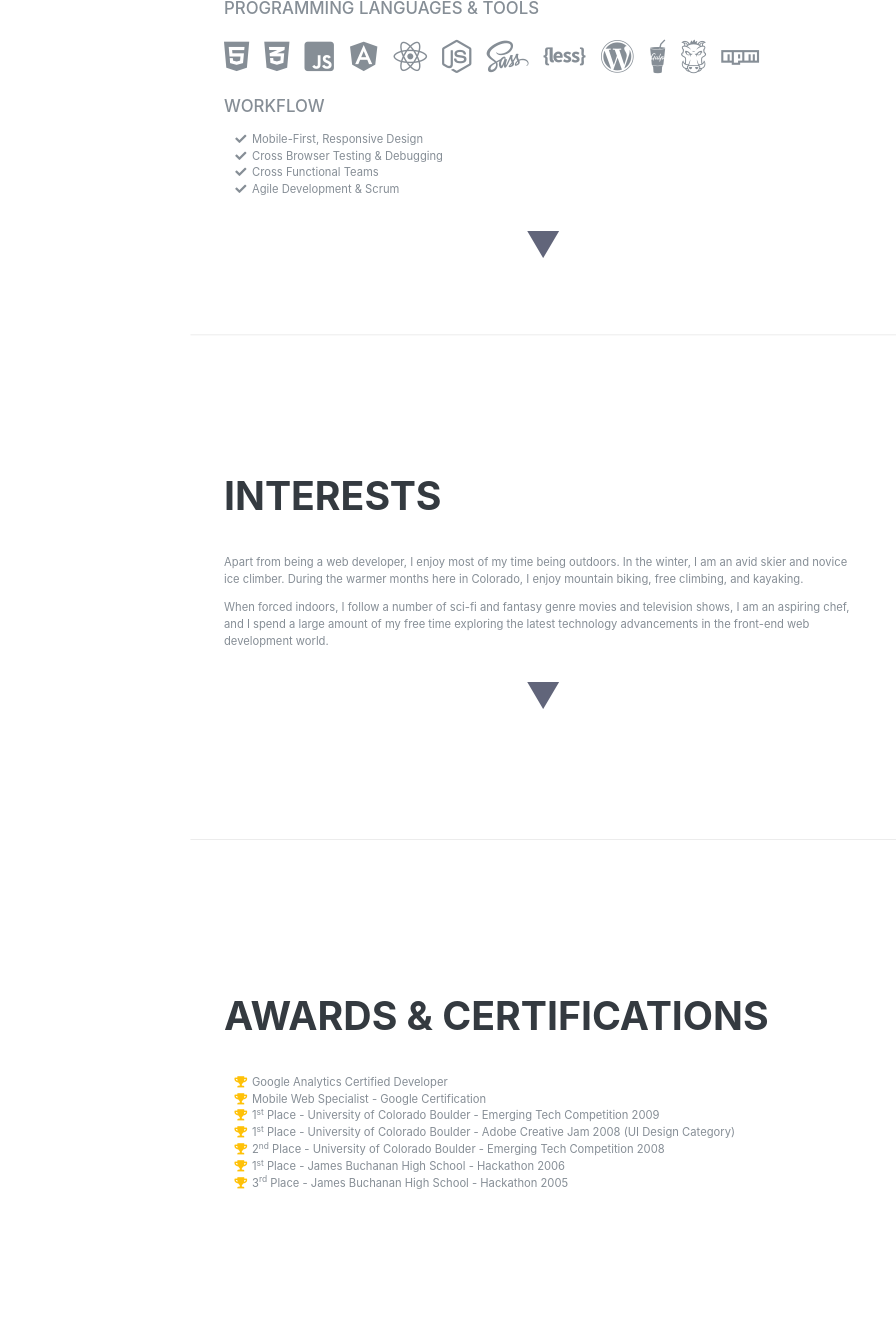
Repository: whitethugcat/whitethugcat.github.io
Page: class/resume-practice/index.html
The author's editor kept a record of every edit. The page is drawn from the files as they stood at one moment, then again after the next edit.
The browser window is 1280 px wide. The pictures show the part of the page from y = 2850 to 4770 px (the page is 4770 px tall), at 70% of full size.
Some web fonts or font styles are not loaded; a fallback is used.

Above is the page before.

### class/resume-practice/index.html
<!DOCTYPE html>
<html lang="en">

<head>

  <meta charset="utf-8">
  <meta name="viewport" content="width=device-width, initial-scale=1, shrink-to-fit=no">
  <meta name="description" content="">
  <meta name="author" content="">

  <title>Yoojin J&#129346;</title>

  <!-- Bootstrap core CSS -->
  <link href="vendor/bootstrap/css/bootstrap.min.css" rel="stylesheet">

  <!-- Custom fonts for this template -->
  <link href="https://fonts.googleapis.com/css?family=Saira+Extra+Condensed:500,700" rel="stylesheet">
  <link href="vendor/fontawesome-free/css/all.min.css" rel="stylesheet">

  <!-- Custom styles for this template -->
  <link href="css/resume.css" rel="stylesheet">

</head>

<body id="page-top">

  <nav class="navbar navbar-expand-lg navbar-dark bg-primary fixed-top" id="sideNav">
    <a class="navbar-brand js-scroll-trigger" href="#page-top">
      <span class="d-block d-lg-none">Yoojin Jeong &#129346;</span>
      <span class="d-none d-lg-block">
        <img class="img-fluid img-profile rounded-circle mx-auto mb-2" src="img/yj-profile.png" alt="">
      </span>
    </a>
    <button class="navbar-toggler" type="button" data-toggle="collapse" data-target="#navbarSupportedContent" aria-controls="navbarSupportedContent" aria-expanded="false" aria-label="Toggle navigation">
      <span class="navbar-toggler-icon"></span>
    </button>
    <div class="collapse navbar-collapse" id="navbarSupportedContent">
      <ul class="navbar-nav">
        <li class="nav-item">
          <a class="nav-link js-scroll-trigger" href="#about">About</a>
        </li>
        <li class="nav-item">
          <a class="nav-link js-scroll-trigger" href="#experience">Experience</a>
        </li>
        <li class="nav-item">
          <a class="nav-link js-scroll-trigger" href="#education">Education</a>
        </li>
        <li class="nav-item">
          <a class="nav-link js-scroll-trigger" href="#skills">Skills</a>
        </li>
        <li class="nav-item">
          <a class="nav-link js-scroll-trigger" href="#interests">Interests</a>
        </li>
        <li class="nav-item">
          <a class="nav-link js-scroll-trigger" href="#awards">Awards</a>
        </li>
      </ul>
    </div>
  </nav>

  <div class="container-fluid p-0">

    <section class="resume-section p-3 p-lg-5 d-flex align-items-center" id="about">
      <div class="w-100">
        <h1 class="mb-0">Yoojin
          <span class="text-primary">Jeong</span>
        </h1>
        <div class="subheading mb-5">Seoul, South Korea · (+82) 010-8472-7769 ·
          <a href="mailto:name@email.com">yjjeong92@gmail.com</a>
        </div>
        <p class="lead mb-5">I am experienced and agile in cooperating in teams of various sizes and forms. I have built experiences in digital advertising, B2B/B2C communication, digital marketing, and more.</p>
        <div class="social-icons">
          <a href="https://www.linkedin.com/in/yoojin-jeong-47a917101/" target="_blank">
            <i class="fab fa-linkedin-in"></i>
          </a>
          <a href="#" target="_blank">
            <i class="fab fa-github"></i>
          </a>
          <a href="https://www.twitter.com/whitethugcat" target="_blank">
            <i class="fab fa-twitter"></i>
          </a>
          <a href="#">
            <i class="fab fa-facebook-f target="_blank""></i>
          </a>
        </div>
        <div class=downward-arrow>
          <a href="#experience">
          &#9660;</a>
        </div>
      </div>
    </section>

    <hr class="m-0">

    <section class="resume-section p-3 p-lg-5 d-flex justify-content-center" id="experience">
      <div class="w-100">
        <h2 class="mb-5">Experience</h2>

        <div class="resume-item d-flex flex-column flex-md-row justify-content-between mb-5">
          <div class="resume-content">
            <h3 class="mb-0">Senior Web Developer</h3>
            <div class="subheading mb-3">Intelitec Solutions</div>
            <p>Bring to the table win-win survival strategies to ensure proactive domination. At the end of the day, going forward, a new normal that has evolved from generation X is on the runway heading towards a streamlined cloud solution. User generated content in real-time will have multiple touchpoints for offshoring.</p>
          </div>
          <div class="resume-date text-md-right">
            <span class="text-primary">March 2013 - Present</span>
          </div>
        </div>

        <div class="resume-item d-flex flex-column flex-md-row justify-content-between mb-5">
          <div class="resume-content" id>
            <h3 class="mb-0">Web Developer</h3>
            <div class="subheading mb-3">Intelitec Solutions</div>
            <p>Capitalize on low hanging fruit to identify a ballpark value added activity to beta test. Override the digital divide with additional clickthroughs from DevOps. Nanotechnology immersion along the information highway will close the loop on focusing solely on the bottom line.</p>
          </div>
          <div class="resume-date text-md-right">
            <span class="text-primary">December 2011 - March 2013</span>
          </div>
        </div>

        <div class="resume-item d-flex flex-column flex-md-row justify-content-between mb-5">
          <div class="resume-content">
            <h3 class="mb-0">Junior Web Designer</h3>
            <div class="subheading mb-3">Shout! Media Productions</div>
            <p>Podcasting operational change management inside of workflows to establish a framework. Taking seamless key performance indicators offline to maximise the long tail. Keeping your eye on the ball while performing a deep dive on the start-up mentality to derive convergence on cross-platform integration.</p>
          </div>
          <div class="resume-date text-md-right">
            <span class="text-primary">July 2010 - December 2011</span>
          </div>
        </div>

        <div class="resume-item d-flex flex-column flex-md-row justify-content-between">
          <div class="resume-content">
            <h3 class="mb-0">Web Design Intern</h3>
            <div class="subheading mb-3">Shout! Media Productions</div>
            <p>Collaboratively administrate empowered markets via plug-and-play networks. Dynamically procrastinate B2C users after installed base benefits. Dramatically visualize customer directed convergence without revolutionary ROI.</p>
          </div>
          <div class="resume-date text-md-right">
            <span class="text-primary">September 2008 - June 2010</span>
          </div>
          <div class=downward-arrow>
          <a href="#education">
          &#9660;</a>
        </div>
        </div>

      </div>

    </section>

    <hr class="m-0">

    <section class="resume-section p-3 p-lg-5 d-flex align-items-center" id="education">
      <div class="w-100">
        <h2 class="mb-5">Education</h2>

        <div class="resume-item d-flex flex-column flex-md-row justify-content-between mb-5">
          <div class="resume-content">
            <h3 class="mb-0">University of Colorado Boulder</h3>
            <div class="subheading mb-3">Bachelor of Science</div>
            <div>Computer Science - Web Development Track</div>
            <p>GPA: 3.23</p>
          </div>
          <div class="resume-date text-md-right">
            <span class="text-primary">August 2006 - May 2010</span>
          </div>
        </div>

        <div class="resume-item d-flex flex-column flex-md-row justify-content-between">
          <div class="resume-content">
            <h3 class="mb-0">James Buchanan High School</h3>
            <div class="subheading mb-3">Technology Magnet Program</div>
            <p>GPA: 3.56</p>
          </div>
          <div class="resume-date text-md-right">
            <span class="text-primary">August 2002 - May 2006</span>
          </div>
        </div>
          <div class=downward-arrow>
          <a href="#skills">
          &#9660;</a>
        </div>
      </div>
    </section>

    <hr class="m-0">

    <section class="resume-section p-3 p-lg-5 d-flex align-items-center" id="skills">
      <div class="w-100">
        <h2 class="mb-5">Skills</h2>

        <div class="subheading mb-3">Programming Languages &amp; Tools</div>
        <ul class="list-inline dev-icons">
          <li class="list-inline-item">
            <i class="fab fa-html5"></i>
          </li>
          <li class="list-inline-item">
            <i class="fab fa-css3-alt"></i>
          </li>
          <li class="list-inline-item">
            <i class="fab fa-js-square"></i>
          </li>
          <li class="list-inline-item">
            <i class="fab fa-angular"></i>
          </li>
          <li class="list-inline-item">
            <i class="fab fa-react"></i>
          </li>
          <li class="list-inline-item">
            <i class="fab fa-node-js"></i>
          </li>
          <li class="list-inline-item">
            <i class="fab fa-sass"></i>
          </li>
          <li class="list-inline-item">
            <i class="fab fa-less"></i>
          </li>
          <li class="list-inline-item">
            <i class="fab fa-wordpress"></i>
          </li>
          <li class="list-inline-item">
            <i class="fab fa-gulp"></i>
          </li>
          <li class="list-inline-item">
            <i class="fab fa-grunt"></i>
          </li>
          <li class="list-inline-item">
            <i class="fab fa-npm"></i>
          </li>
        </ul>

        <div class="subheading mb-3">Workflow</div>
        <ul class="fa-ul mb-0">
          <li>
            <i class="fa-li fa fa-check"></i>
            Mobile-First, Responsive Design</li>
          <li>
            <i class="fa-li fa fa-check"></i>
            Cross Browser Testing &amp; Debugging</li>
          <li>
            <i class="fa-li fa fa-check"></i>
            Cross Functional Teams</li>
          <li>
            <i class="fa-li fa fa-check"></i>
            Agile Development &amp; Scrum</li>
        </ul>
          <div class=downward-arrow>
          <a href="#interests">
          &#9660;</a>
        </div>
      </div>
    </section>

    <hr class="m-0">

    <section class="resume-section p-3 p-lg-5 d-flex align-items-center" id="interests">
      <div class="w-100">
        <h2 class="mb-5">Interests</h2>
        <p>Apart from being a web developer, I enjoy most of my time being outdoors. In the winter, I am an avid skier and novice ice climber. During the warmer months here in Colorado, I enjoy mountain biking, free climbing, and kayaking.</p>
        <p class="mb-0">When forced indoors, I follow a number of sci-fi and fantasy genre movies and television shows, I am an aspiring chef, and I spend a large amount of my free time exploring the latest technology advancements in the front-end web development world.</p>
          <div class=downward-arrow>
          <a href="#awards">
          &#9660;</a>
        </div>
      </div>
    </section>

    <hr class="m-0">

    <section class="resume-section p-3 p-lg-5 d-flex align-items-center" id="awards">
      <div class="w-100">
        <h2 class="mb-5">Awards &amp; Certifications</h2>
        <ul class="fa-ul mb-0">
          <li>
            <i class="fa-li fa fa-trophy text-warning"></i>
            Google Analytics Certified Developer</li>
          <li>
            <i class="fa-li fa fa-trophy text-warning"></i>
            Mobile Web Specialist - Google Certification</li>
          <li>
            <i class="fa-li fa fa-trophy text-warning"></i>
            1<sup>st</sup>
            Place - University of Colorado Boulder - Emerging Tech Competition 2009</li>
          <li>
            <i class="fa-li fa fa-trophy text-warning"></i>
            1<sup>st</sup>
            Place - University of Colorado Boulder - Adobe Creative Jam 2008 (UI Design Category)</li>
          <li>
            <i class="fa-li fa fa-trophy text-warning"></i>
            2<sup>nd</sup>
            Place - University of Colorado Boulder - Emerging Tech Competition 2008</li>
          <li>
            <i class="fa-li fa fa-trophy text-warning"></i>
            1<sup>st</sup>
            Place - James Buchanan High School - Hackathon 2006</li>
          <li>
            <i class="fa-li fa fa-trophy text-warning"></i>
            3<sup>rd</sup>
            Place - James Buchanan High School - Hackathon 2005</li>
        </ul>
      </div>
    </section>

  </div>

  <!-- Bootstrap core JavaScript -->
  <script src="vendor/jquery/jquery.min.js"></script>
  <script src="vendor/bootstrap/js/bootstrap.bundle.min.js"></script>

  <!-- Plugin JavaScript -->
  <script src="vendor/jquery-easing/jquery.easing.min.js"></script>

  <!-- Custom scripts for this template -->
  <script src="js/resume.min.js"></script>

</body>

</html>

### class/resume-practice/css/resume.css
/*!
 * Start Bootstrap - Resume v5.0.8 (https://startbootstrap.com/template-overviews/resume)
 * Copyright 2013-2019 Start Bootstrap
 * Licensed under MIT (https://github.com/BlackrockDigital/startbootstrap-resume/blob/master/LICENSE)
 */

body {
  font-family: 'Muli', -apple-system, BlinkMacSystemFont, 'Segoe UI', Roboto, 'Helvetica Neue', Arial, sans-serif, 'Apple Color Emoji', 'Segoe UI Emoji', 'Segoe UI Symbol', 'Noto Color Emoji';
  padding-top: 52px;
  color: #868e96;
}

@media (min-width: 992px) {
  body {
    padding-top: 0;
    padding-left: 17rem;
  }
}

h1,
h2,
h3,
h4,
h5,
h6 {
  font-family: 'Saira Extra Condensed', -apple-system, BlinkMacSystemFont, 'Segoe UI', Roboto, 'Helvetica Neue', Arial, sans-serif, 'Apple Color Emoji', 'Segoe UI Emoji', 'Segoe UI Symbol', 'Noto Color Emoji';
  font-weight: 700;
  text-transform: uppercase;
  color: #343a40;
}

h1 {
  font-size: 6rem;
  line-height: 5.5rem;
}

h2 {
  font-size: 3.5rem;
}

h3 {
  font-size: 2rem;
}

p.lead {
  font-size: 1.15rem;
  font-weight: 400;
}

.subheading {
  text-transform: uppercase;
  font-weight: 500;
  font-family: 'Saira Extra Condensed', -apple-system, BlinkMacSystemFont, 'Segoe UI', Roboto, 'Helvetica Neue', Arial, sans-serif, 'Apple Color Emoji', 'Segoe UI Emoji', 'Segoe UI Symbol', 'Noto Color Emoji';
  font-size: 1.5rem;
}

.social-icons a {
  display: inline-block;
  height: 3.5rem;
  width: 3.5rem;
  background-color: #495057;
  color: #fff !important;
  border-radius: 100%;
  text-align: center;
  font-size: 1.5rem;
  line-height: 3.5rem;
  margin-right: 1rem;
}

.social-icons a:last-child {
  margin-right: 0;
}

.social-icons a:hover {
  background-color: #BD5D38;
}

.dev-icons {
  font-size: 3rem;
}

.dev-icons .list-inline-item i:hover {
  color: #BD5D38;
}

#sideNav .navbar-nav .nav-item .nav-link {
  font-weight: 800;
  letter-spacing: 0.05rem;
  text-transform: uppercase;
}

#sideNav .navbar-toggler:focus {
  outline-color: #d48a6e;
}

@media (min-width: 992px) {
  #sideNav {
    text-align: center;
    position: fixed;
    top: 0;
    left: 0;
    display: flex;
    flex-direction: column;
    width: 17rem;
    height: 100vh;
  }
  #sideNav .navbar-brand {
    display: flex;
    margin: auto auto 0;
    padding: 0.5rem;
  }
  #sideNav .navbar-brand .img-profile {
    max-width: 10rem;
    max-height: 10rem;
    border: 0.5rem solid rgba(255, 255, 255, 0.2);
  }
  #sideNav .navbar-collapse {
    display: flex;
    align-items: flex-start;
    flex-grow: 0;
    width: 100%;
    margin-bottom: auto;
  }
  #sideNav .navbar-collapse .navbar-nav {
    flex-direction: column;
    width: 100%;
  }
  #sideNav .navbar-collapse .navbar-nav .nav-item {
    display: block;
  }
  #sideNav .navbar-collapse .navbar-nav .nav-item .nav-link {
    display: block;
  }
}

section.resume-section {
  padding-top: 5rem !important;
  padding-bottom: 5rem !important;
  max-width: 75rem;
}

section.resume-section .resume-item .resume-date {
  min-width: none;
}

@media (min-width: 768px) {
  section.resume-section {
    min-height: 100vh;
  }
  section.resume-section .resume-item .resume-date {
    min-width: 18rem;
  }
}

@media (min-width: 992px) {
  section.resume-section {
    padding-top: 3rem !important;
    padding-bottom: 3rem !important;
  }
}

.bg-primary {
  background-color: #61657a !important;
}

.text-primary {
  color: #61657a !important;
}

a {
  color: #61657a;
}

a:hover, a:focus, a:active {
  color: #824027;
}

.downward-arrow{
  vertical-align: bottom;
  text-align: center;
  font-size: 50px;
  text-shadow: 3px 2px grey .5;
  margin-bottom: -30px;
  margin-top: 30px;
}

.back-to-top{
  margin-top: 4%;
  color: #699aff;
  vertical-align: bottom;
  text-align: center;
  font-size: 10px;
  text-decoration: underline;
}

Loaded but not shown: class/resume-practice/vendor/bootstrap/css/bootstrap.min.css (library); class/resume-practice/vendor/fontawesome-free/css/all.min.css (library); class/resume-practice/vendor/jquery/jquery.min.js (library); class/resume-practice/vendor/bootstrap/js/bootstrap.bundle.min.js (library); class/resume-practice/vendor/jquery-easing/jquery.easing.min.js (common file); class/resume-practice/js/resume.min.js (common file)

After the next edit:
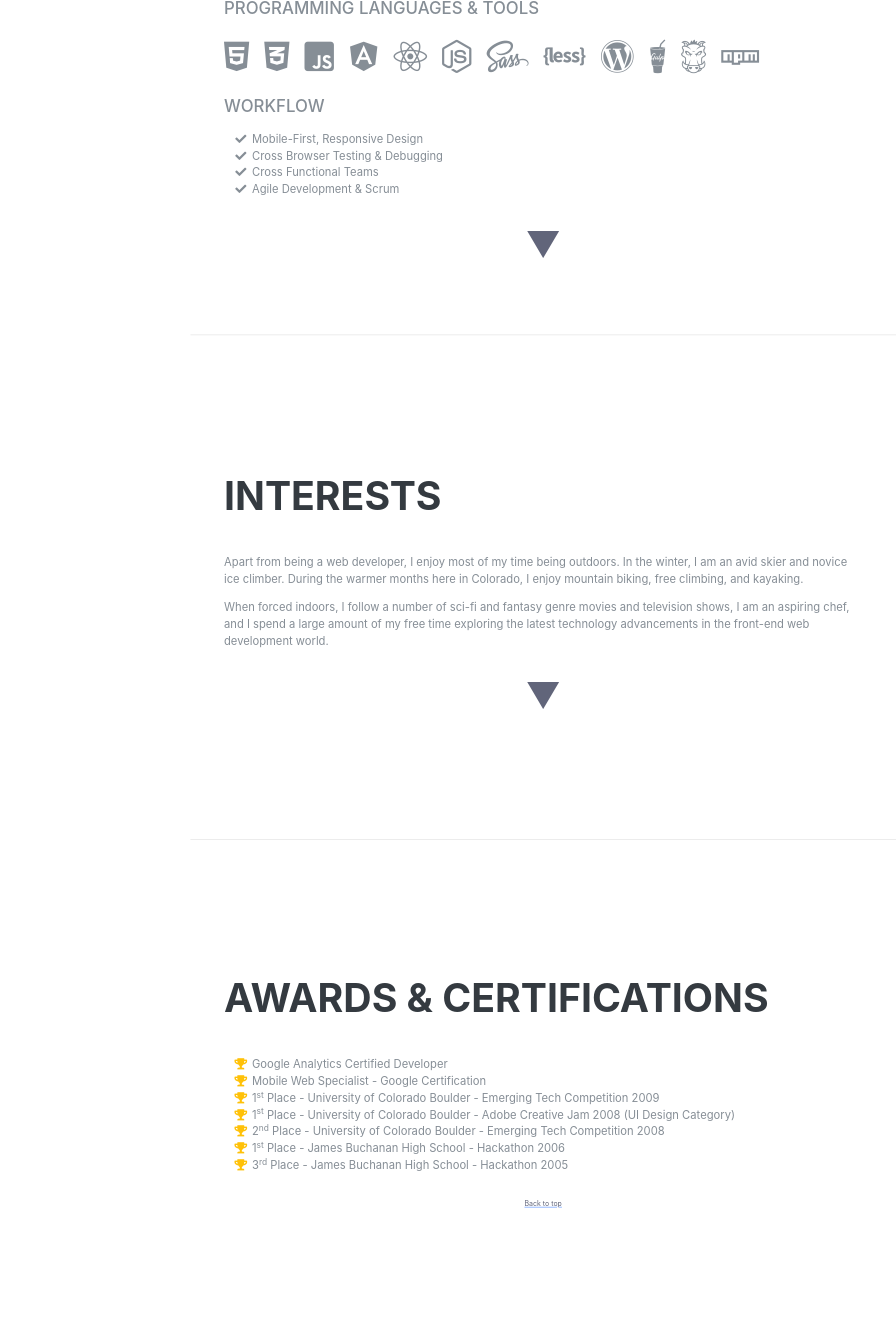
The edit:
--- a/class/resume-practice/index.html
+++ b/class/resume-practice/index.html
@@ -298,6 +298,11 @@
             3<sup>rd</sup>
             Place - James Buchanan High School - Hackathon 2005</li>
         </ul>
+
+          <div class=back-to-top>
+          <a href="#page-top">
+          Back to top</a>
+        </div>
       </div>
     </section>
 
